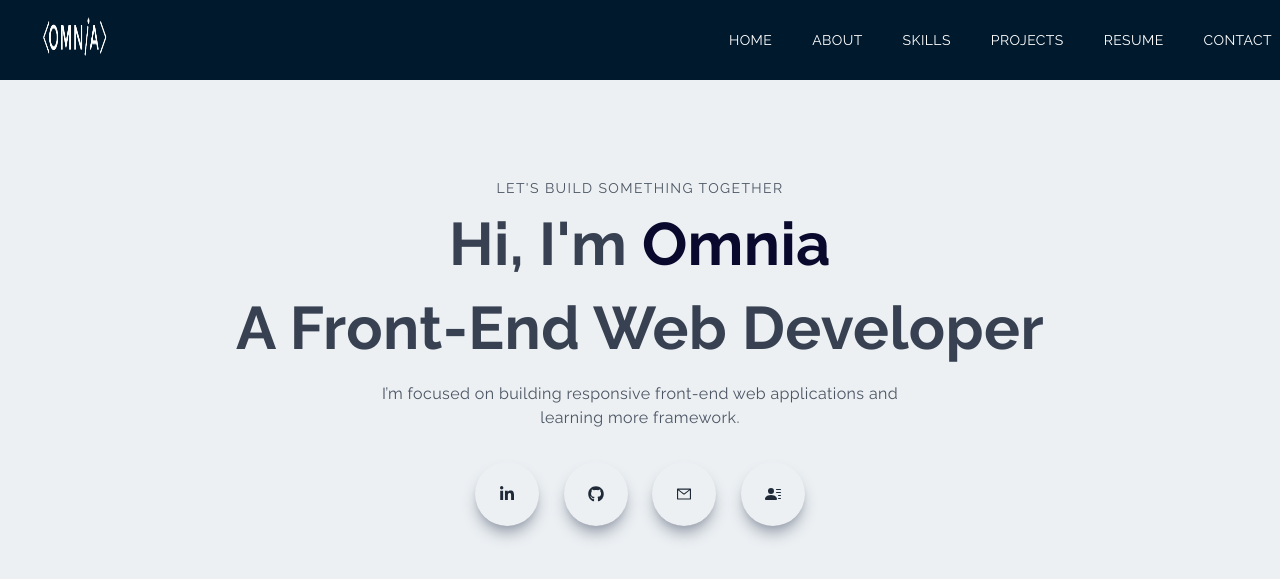
Repository: OmniaRafat232111121/portfolionextjs
Page: /
The author's editor kept a copy of each file at every save. The page is drawn from the files as they stood at one save, then again after a run of saves.
The browser window is 1280 px wide. The pictures show the whole page.
The project was rebuilt for these pictures with package versions that can differ from the ones it lists, and the page was loaded fresh each time. The framework's server and built-in components were replaced by stand-ins that run in the browser. Also part of the build but not shown: next.config.js.

Above is the page before, as saved 2022-09-27 17:17:26.

After the next 2 saves:
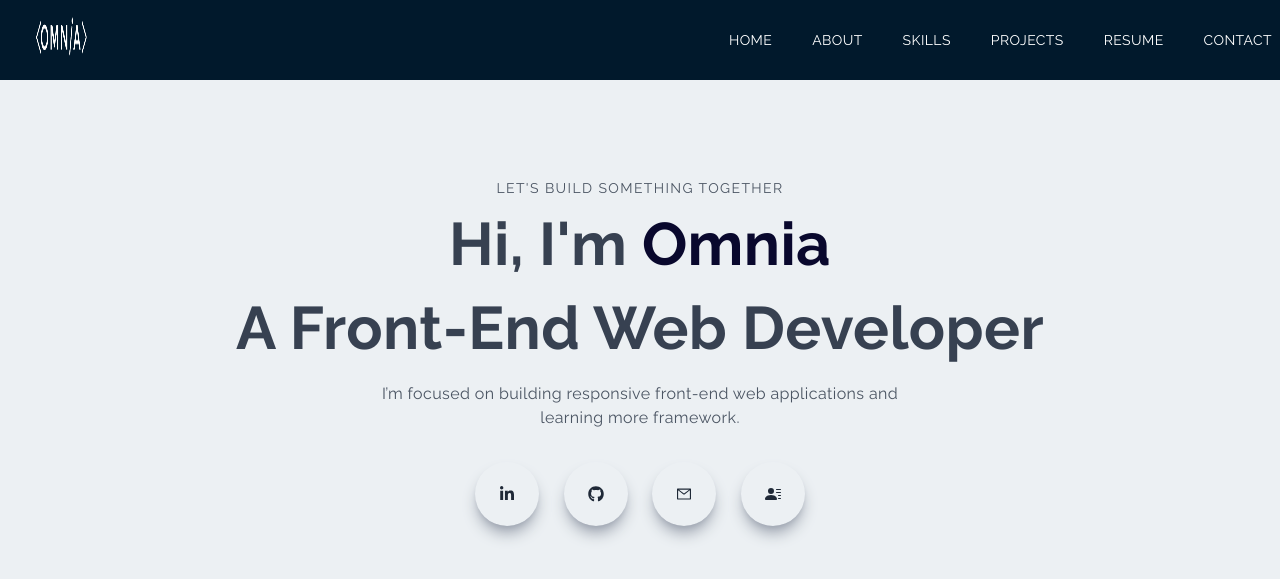
The 2 saves are shown as one change because they came seconds apart.
The last was saved 36 s later.
--- a/components/Navbar.jsx
+++ b/components/Navbar.jsx
@@ -42,7 +42,7 @@ const Navbar = () => {
             <Image
               src={NavLogo}
               alt='/'
-              width='125'
+              width='100'
               height='50'
               className='cursor-pointer'
             />
